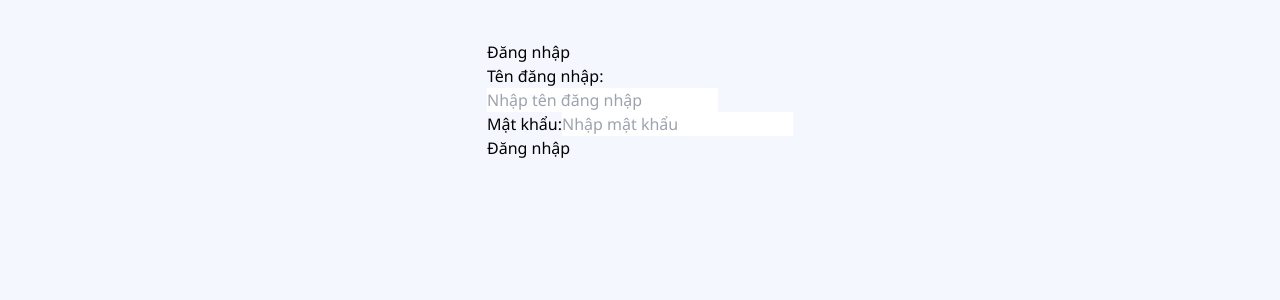
Repository: phuc258/BTVN03-REACT03
Page: /login
An editor plug-in stored every save of this project. The page is shown before and after a run of saves, followed by the edit.
The browser window is 1280 px wide. The pictures show the whole page.
The project was rebuilt for these pictures with package versions that can differ from the ones it lists, and the page was loaded fresh each time. Also part of the build but not shown: vite.config.ts, src/pages/NotFoundPage.tsx, src/pages/TodoPage.tsx, src/routes/PrivateRoute.tsx.

Above is the page before, as saved 2026-01-18 23:42:51.

After the next 4 saves:
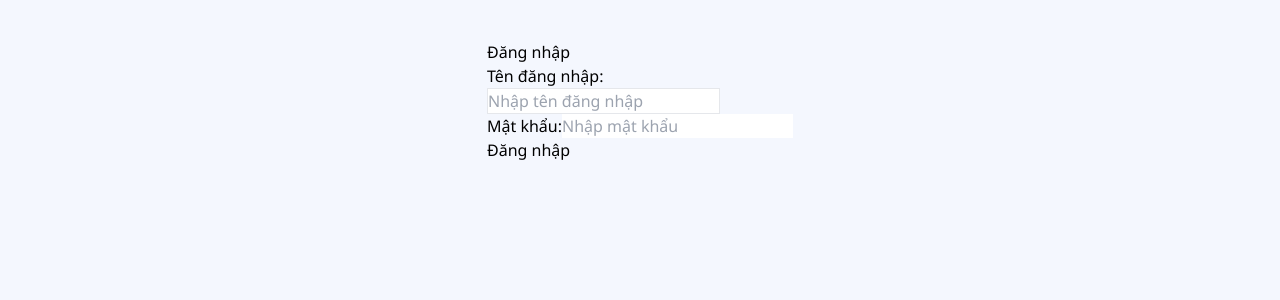
The 4 saves are shown as one change because they came seconds apart.
The last was saved 19 s later.
--- a/src/pages/LoginPage.tsx
+++ b/src/pages/LoginPage.tsx
@@ -25,6 +25,7 @@ const LoginPage: React.FC = () => {
                 <div>
                     <label>Tên đăng nhập:</label><br></br>
                     <input
+                        className="border"
                         type="text"
                         placeholder="Nhập tên đăng nhập"
                         value={username}
